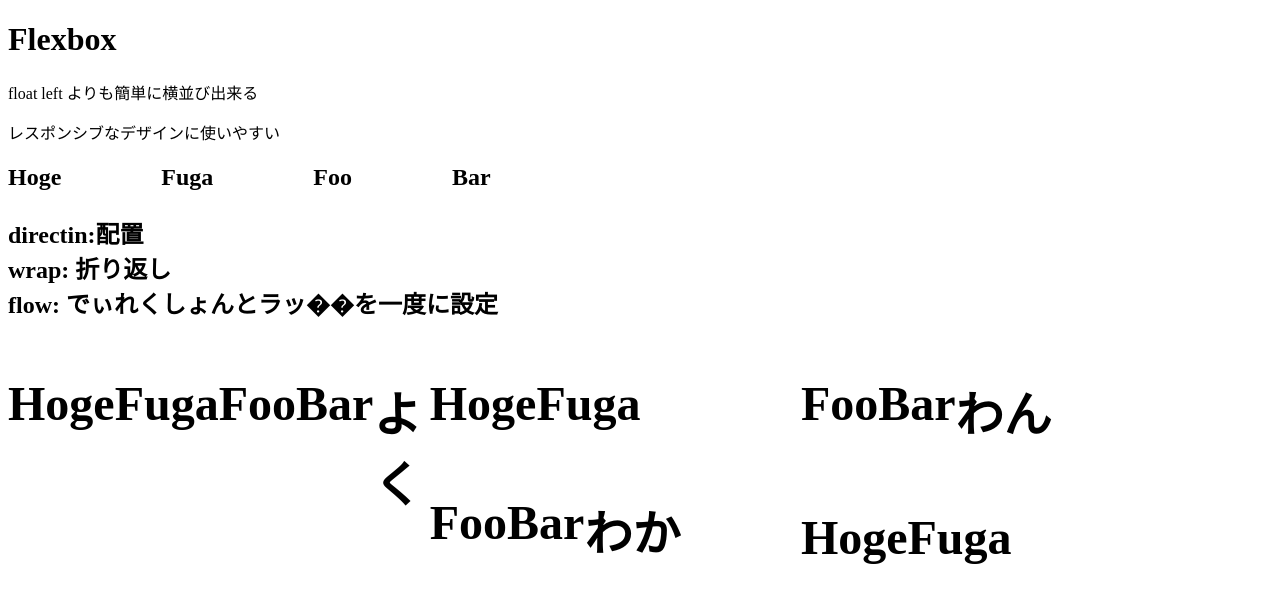
Repository: YokoInoue-u/samurai_HTML-CSS
Page: chap14.html
The author's editor kept a record of every edit. The page is drawn from the files as they stood at one moment, then again after the next edit.
The browser window is 1280 px wide. The pictures show the whole page.

Above is the page before.

### chap14.html
<!DOCTYPE html>
<html lang="ja">
<head>
    <meta charset="UTF-8">
    <meta name="viewport" content="width=device-width, initial-scale=1.0">
    <meta http-equiv="X-UA-Compatible" content="ie=edge">
    <title>chp14フレックスボックス</title>
    <style>
            #sort {
                display: flex;
                flex-wrap: wrap;
            }
            div {
              margin-right: 100px;
            }
            #no-wrap {
                display: flex;
                flex-wrap:nowrap;
            }

            #wrap {
                display: flex;
                flex-wrap:wrap;
            }

            #reverse {
                display: flex;
                flex-wrap:wrap-reverse;
            }
    </style>
</head>
<body>
    <h1>Flexbox</h1>
    <p>float left よりも簡単に横並び出来る</p>
    <p>レスポンシブなデザインに使いやすい</p>
    <h2>
     <div id="sort">
            <div>
                Hoge
            </div>
            <div>
                Fuga
            </div>
            <div>
                Foo
            </div>
            <div>
                Bar
            </div>
        </div>

    <p>directin:配置</br>wrap: 折り返し</br>flow: でぃれくしょんとラッ��を一度に設定</p>

        <div id="no-wrap">
            <h1>Hoge</h1>
            <h1>Fuga</h1>
            <h1>Foo</h1>
            <h1>Bar</h1>
            <h1>よく</h1>

        <div id="wrap">
            <h1>Hoge</h1>
            <h1>Fuga</h1>
            <h1>Foo</h1>
            <h1>Bar</h1>
            <h1>わか</h1>
        </div>

        <div id="reverse">
            <h1>Hoge</h1>
            <h1>Fuga</h1>
            <h1>Foo</h1>
            <h1>Bar</h1>
            <h1>わん</h1>
        </div>
</body>
</html>

After the next edit:
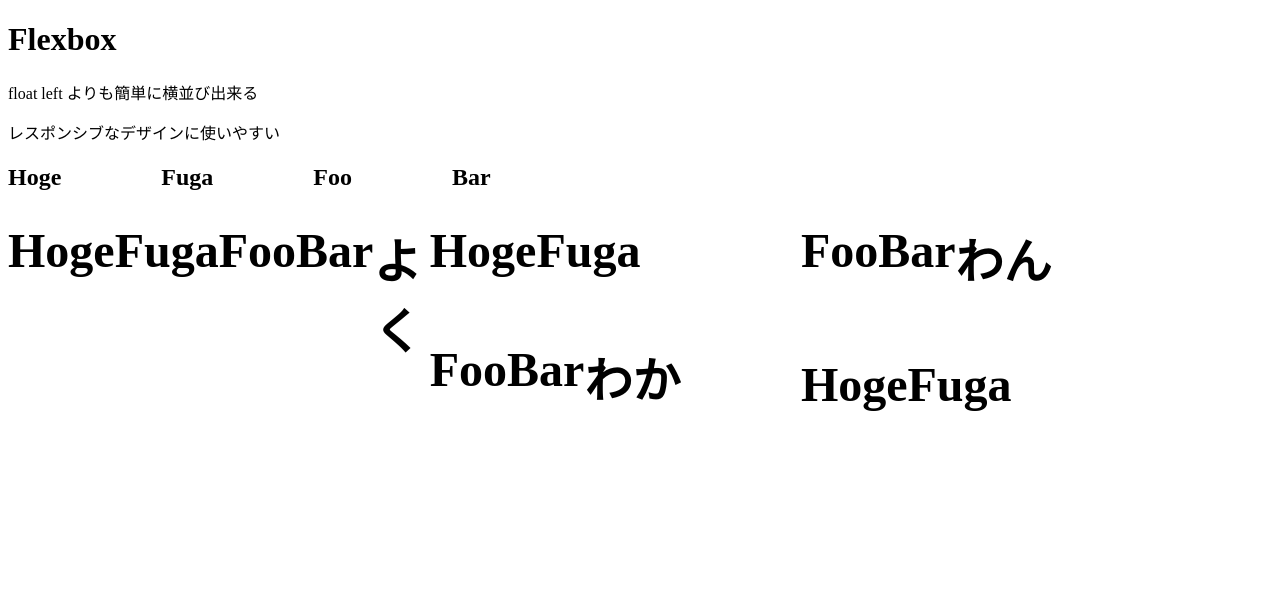
The edit:
--- a/chap14.html
+++ b/chap14.html
@@ -49,8 +49,6 @@
             </div>
         </div>
 
-    <p>directin:配置</br>wrap: 折り返し</br>flow: でぃれくしょんとラッ��を一度に設定</p>
-
         <div id="no-wrap">
             <h1>Hoge</h1>
             <h1>Fuga</h1>
